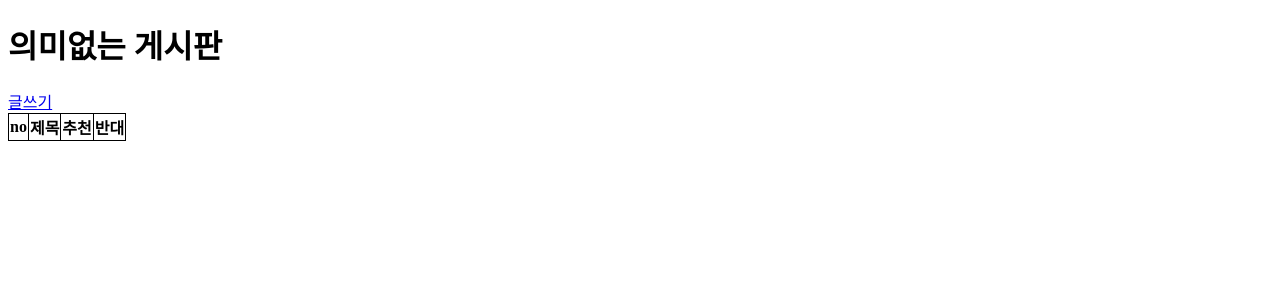
Repository: Bigdog93/WebworkspacePT
Page: http://localhost/BoardVer2/list
These files come from the project's save history. The page is drawn as it stood at one moment and after the next save; the edit follows.
The browser window is 1280 px wide. The pictures show the whole page.
The page is served by Tomcat 9. Other server files are loaded and not shown.

Above is the page before, as saved 2021-04-27 06:08:43.

### WebWorkSpace/BoardVer2/src/main/webapp/WEB-INF/jsp/list.jsp
<%@ page language="java" contentType="text/html; charset=UTF-8"
    pageEncoding="UTF-8"%>
<%@ page import="com.board.boardVO.*"%>
<%@ page import="java.util.* " %>
<%
	List<BoardVO> db = (List<BoardVO>)request.getAttribute("database");
%>
<!DOCTYPE html>
<html>
<head>
<meta charset="UTF-8">
<style>
	table, th, td {
		border : 1px solid black;
		border-collapse : collapse;
	}
</style>
<title>Insert title here</title>
</head>
<body>
	<h1>의미없는 게시판</h1>
	<div id="write"><a href="/write"> 글쓰기</a></div>
	<div>
		<table>
			<tr>
				<th>no</th>
				<th>제목</th>
				<th>추천</th>
				<th>반대</th>
			</tr>
			<% for(int i = 0; i < db.size(); i++) { %>
			<tr>
				<td><%=db.get(i).getBoard_idx() %></td>
				<td><a href="/detail?no=<%=i %>"><%=db.get(i).getTitle() %></a></td>
				<td><%=db.get(i).getLike() %></td>
				<td><%=db.get(i).getDislike() %>
			<tr>
			<% } %>
		</table>
	</div>
</body>
</html>

### WebWorkSpace/BoardVer2/src/main/java/com/board/control/BoardListServlet.java
package com.board.control;

import java.io.IOException;
import javax.servlet.ServletException;
import javax.servlet.annotation.WebServlet;
import javax.servlet.http.HttpServlet;
import javax.servlet.http.HttpServletRequest;
import javax.servlet.http.HttpServletResponse;

import com.board.boardVO.Database;

@WebServlet("/list")
public class BoardListServlet extends HttpServlet {
	private static final long serialVersionUID = 1L;

	protected void doGet(HttpServletRequest request, HttpServletResponse response) throws ServletException, IOException {

		request.setAttribute("database", Database.getList());


		String url = "/WEB-INF/jsp/list.jsp";
		request.getRequestDispatcher(url).forward(request, response);
	}

	protected void doPost(HttpServletRequest request, HttpServletResponse response) throws ServletException, IOException {

	}

}

### WebWorkSpace/BoardVer2/src/main/java/com/board/boardVO/Database.java
package com.board.boardVO;

import java.util.ArrayList;
import java.util.List;

public class Database {
	private static List<BoardVO> list = new ArrayList<BoardVO>();

	public static List<BoardVO> getList() {
		return list;
	}
}

After the next save:
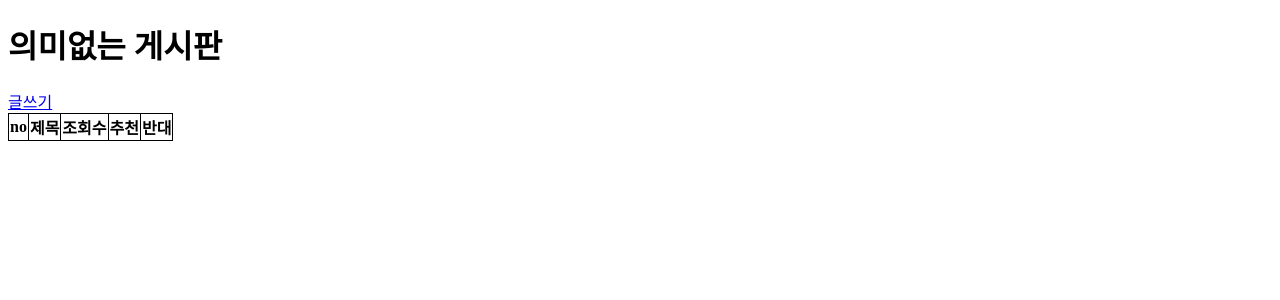
Saved 22 s later.
--- a/WebWorkSpace/BoardVer2/src/main/webapp/WEB-INF/jsp/list.jsp
+++ b/WebWorkSpace/BoardVer2/src/main/webapp/WEB-INF/jsp/list.jsp
@@ -25,6 +25,7 @@
 			<tr>
 				<th>no</th>
 				<th>제목</th>
+				<th>조회수</th>
 				<th>추천</th>
 				<th>반대</th>
 			</tr>
